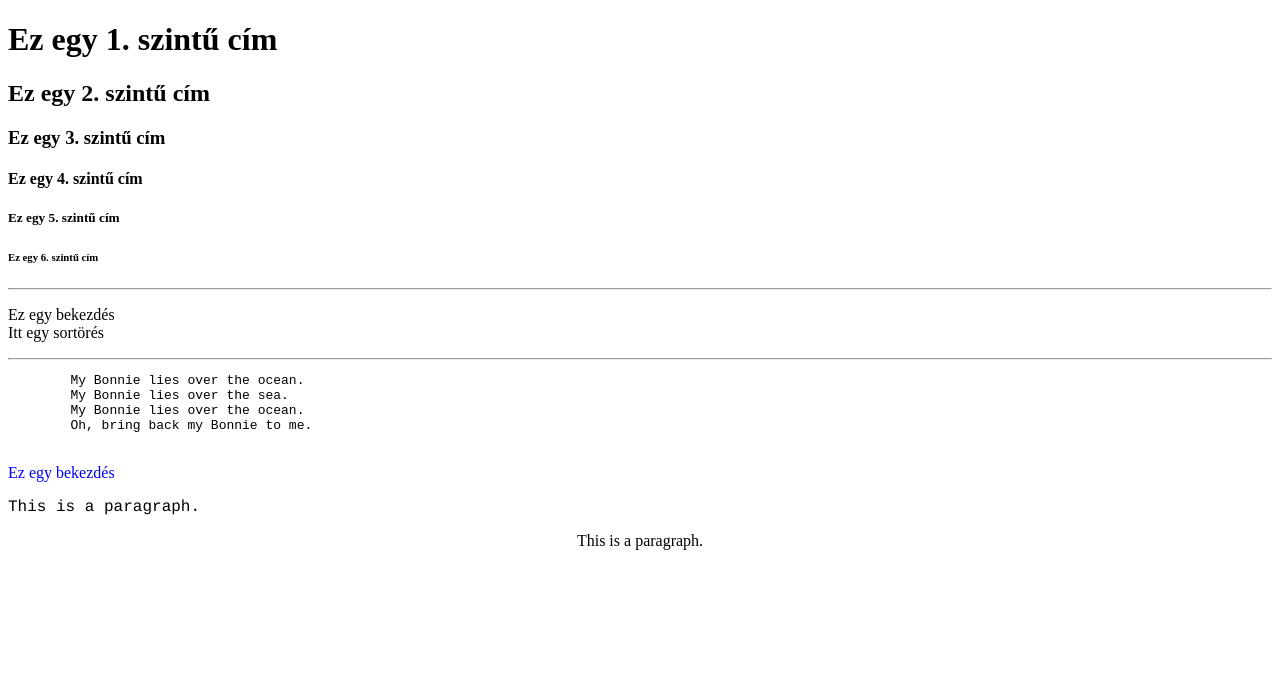
Repository: doomhyena/Web
Page: 2.óra/inedx.html
An editor plug-in stored every save of this project. The page is shown before and after the next save, followed by the edit.
The browser window is 1280 px wide. The pictures show the whole page.

Above is the page before, as saved 2024-09-13 11:24:06.

### 2.óra/inedx.html
<!DOCTYPE html>
<html>
   <head>
       <!-- ITT ADHATOD MEG AZ OLDAL NEVÉT -->
       <title>2.óra</title>

       <!-- AZ OLDALLAL KAPCSOLATOS FONTOS ADATOK -->
       <meta charset='UTF-8'>
       <meta name='description' content='2.óra // 2024.09.13'>
       <meta name='keywords' content='Keresést, Segítő, Szavak, Vesszővel, Elválasztva'>
       <meta name='author' content='Neved'>
       <meta name='viewport' content='width=device-width, initial-scale=1.0'>
   </head>
   <body>
    <h1>Ez egy 1. szintű cím</h1>
    <h2>Ez egy 2. szintű cím</h2>
    <h3>Ez egy 3. szintű cím</h3>
    <h4>Ez egy 4. szintű cím</h4>
    <h5>Ez egy 5. szintű cím</h5>
    <h6>Ez egy 6. szintű cím</h6>
    <hr>
    <p>Ez egy bekezdés <br> Itt egy sortörés </p>
    <hr>
    <!-- EZ EGY KOMMENT -->
    <pre>
        My Bonnie lies over the ocean.
        My Bonnie lies over the sea.
        My Bonnie lies over the ocean.
        Oh, bring back my Bonnie to me.
    </pre>
    <p style="color:blue;">Ez egy bekezdés</p>
    <p style="
font-family
:courier;">This is a paragraph.</p>
<p style="
text-align
:center;">This is a paragraph.</p>

   </body>
</html>

After the next save:
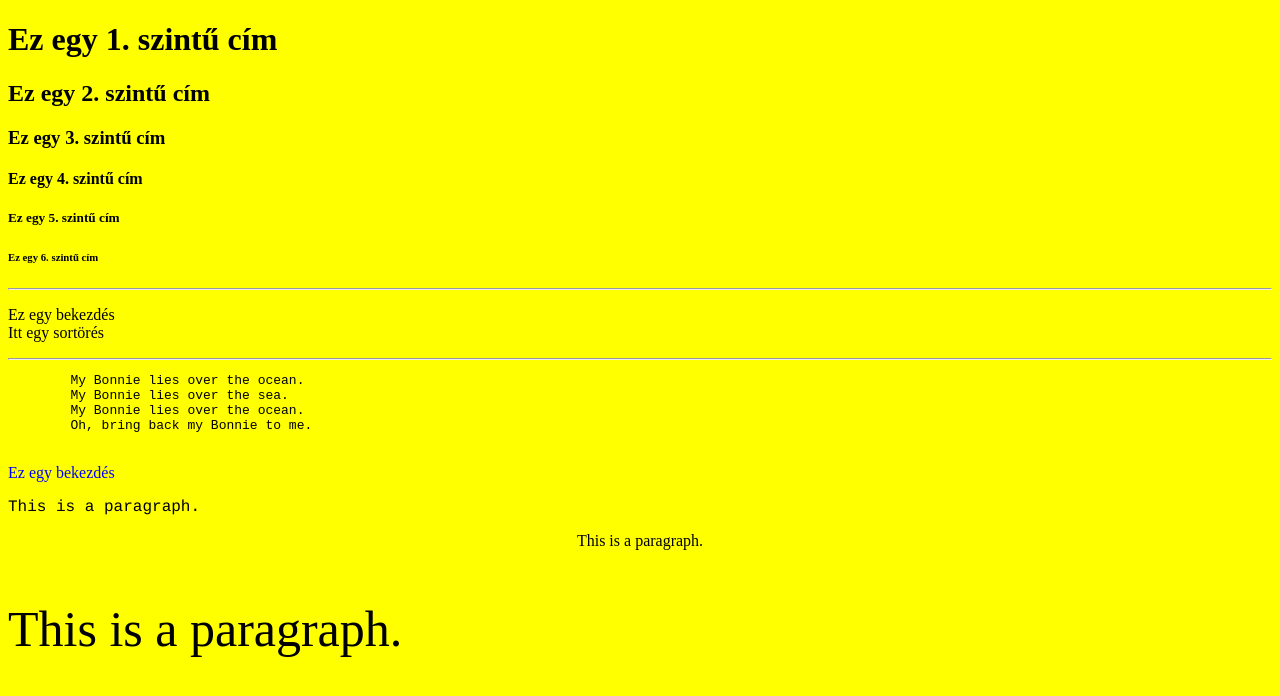
Saved 63 s later.
--- a/2.óra/inedx.html
+++ b/2.óra/inedx.html
@@ -12,6 +12,9 @@
        <meta name='viewport' content='width=device-width, initial-scale=1.0'>
    </head>
    <body>
+    <body style="
+background-color
+:yellow;">
     <h1>Ez egy 1. szintű cím</h1>
     <h2>Ez egy 2. szintű cím</h2>
     <h3>Ez egy 3. szintű cím</h3>
@@ -35,6 +38,8 @@ font-family
 <p style="
 text-align
 :center;">This is a paragraph.</p>
-
+<p style="
+font-size
+:50px;">This is a paragraph.</p>
    </body>
 </html>
